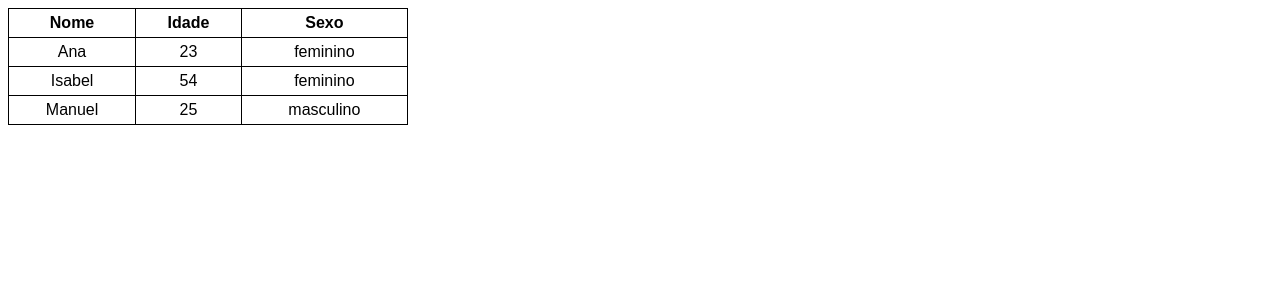
Repository: Lucianorodriguesdev/cursoHTML-CSS
Page: ex023/cougroup.html
The author's editor kept a copy of each file at every save. The page is drawn from the files as they stood at one save, then again after the next save.
The browser window is 1280 px wide. The pictures show the whole page.

Above is the page before, as saved 2026-06-24 09:40:37.

### ex023/cougroup.html
<!DOCTYPE html>
<html lang="pt-br">
<head>
    <meta charset="UTF-8">
    <meta name="viewport" content="width=device-width, initial-scale=1.0">
    <title>Colgroup</title>
    <style>
        body{
            font-family: Arial, Helvetica, sans-serif;
        }
        table{
            border: 1px solid black;
            width: 400px;
            border-collapse: collapse;
        }
        td,th{
            border: 1px solid black;
            padding: 5px;
            text-align: center;
        }
    </style>
</head>
<body>
    <table>
        <tr>
            <th>Nome</th>
            <th>Idade</th>
            <th>Sexo</th>
        </tr>
        <tr>
            <td>Ana</td>
            <td>23</td>
            <td>feminino</td>
        </tr>
        <tr>
            <td>Isabel</td>
            <td>54</td>
            <td>feminino</td>
        </tr>
        <tr>
            <td>Manuel</td>
            <td>25</td>
            <td>masculino</td>
        </tr>


    </table>

</body>
</html>

After the next save:
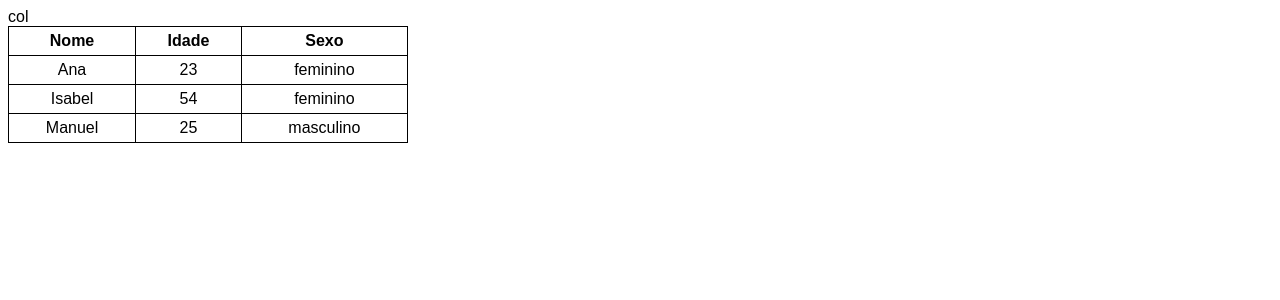
Saved 58 s later.
--- a/ex023/cougroup.html
+++ b/ex023/cougroup.html
@@ -22,6 +22,9 @@
 </head>
 <body>
     <table>
+        <colgroup>
+            col
+        </colgroup>
         <tr>
             <th>Nome</th>
             <th>Idade</th>
